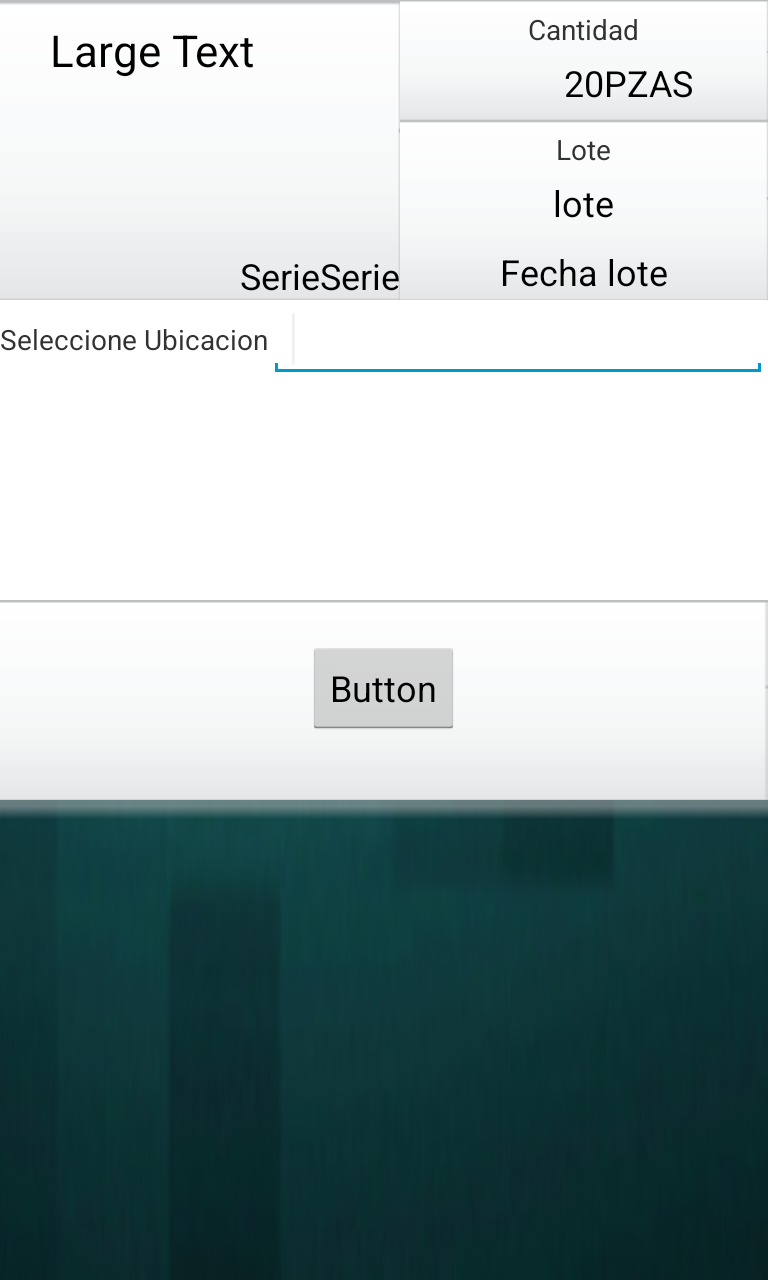
Repository: moynard/PeanutAndroid
Layout: WHSStorekeeper/res/layout/detail_arrivados.xml
An editor plug-in stored every save of this project. The layout is shown before and after the next save, followed by the edit.
It is drawn on a 768 x 1280 px phone screen (xhdpi) without system bars, with theme AppTheme; the app's code is not run.

Above is the layout before, as saved 2013-07-25 01:17:50.

### WHSStorekeeper/res/layout/detail_arrivados.xml
<?xml version="1.0" encoding="utf-8"?>
<RelativeLayout xmlns:android="http://schemas.android.com/apk/res/android"
    android:layout_width="match_parent"
    android:layout_height="match_parent"
    android:orientation="vertical" >

    <RelativeLayout
       android:id="@+id/layoutProducto"
        android:layout_width="200dp"
        android:layout_height="150dp"
        android:layout_alignParentLeft="true"
        android:layout_alignParentTop="true"
        android:background="@drawable/bgproducto"
         >

        <TextView
            android:id="@+id/txtProducto"
            android:layout_width="150dp"
            android:layout_height="wrap_content"
            android:layout_below="@+id/lblProducto"
            android:layout_centerHorizontal="true"
            android:layout_marginTop="10dp"
            android:lines="4"

            android:text="Large Text"
            android:textAppearance="?android:attr/textAppearanceLarge" />
<TextView
                    android:id="@+id/lblserie"
                    android:layout_width="wrap_content"
                    android:layout_height="wrap_content"
                    android:layout_alignParentBottom="true"
                    android:text="Serie"
                    android:layout_toLeftOf="@+id/txtSerie"
                    android:textAppearance="?android:attr/textAppearanceMedium" />
                <TextView
                    android:id="@+id/txtSerie"
                    android:layout_width="wrap_content"
                    android:layout_height="wrap_content"
                    android:layout_alignParentBottom="true"
                    android:layout_alignParentRight="true"
                    android:text="Serie"
                    android:textAppearance="?android:attr/textAppearanceMedium" />



    </RelativeLayout>
    <RelativeLayout
        android:id="@+id/layoutCantidad"
        android:layout_toRightOf="@+id/layoutProducto"
        android:layout_width="fill_parent"
        android:layout_height="60dp"

        android:background="@drawable/bgproducto"
         >
         <TextView
                android:id="@+id/lblCantidad"
                android:layout_width="wrap_content"
                android:layout_height="wrap_content"
                android:layout_alignParentTop="true"
                android:layout_centerHorizontal="true"
                android:layout_marginTop="5dp"
                android:text="Cantidad"
                android:textAppearance="?android:attr/textAppearanceSmall" />
            <TextView
                android:id="@+id/txtCantidad"
                android:layout_width="wrap_content"
                android:layout_height="wrap_content"
                             android:layout_centerHorizontal="true"

                android:layout_below="@+id/lblCantidad"
                android:layout_marginTop="5dp"
                android:text="20"
                android:textAppearance="?android:attr/textAppearanceMedium" />
            <TextView
                android:id="@+id/txtUnidad"
                android:layout_width="wrap_content"
                android:layout_height="wrap_content"
                android:layout_below="@+id/lblCantidad"
                android:layout_toRightOf="@+id/txtCantidad"
                android:layout_marginTop="5dp"
                android:text="PZAS"
                android:textAppearance="?android:attr/textAppearanceMedium" />


    </RelativeLayout>
    <RelativeLayout
        android:id="@+id/layoutLote"
        android:layout_toRightOf="@+id/layoutProducto"
        android:layout_below="@+id/layoutCantidad"
        android:layout_width="fill_parent"
        android:layout_height="90dp"
        android:background="@drawable/bgproducto"
         >
            <TextView
                android:id="@+id/lbLote"
                android:layout_width="wrap_content"
                android:layout_height="wrap_content"
                android:layout_alignParentTop="true"
                android:layout_centerHorizontal="true"
                android:layout_marginTop="5dp"
                android:text="Lote"
                android:textAppearance="?android:attr/textAppearanceSmall" />
            <TextView
                android:id="@+id/txtlote"
                android:layout_width="wrap_content"
                android:layout_height="wrap_content"
                android:layout_below="@+id/lbLote"
                android:layout_marginTop="5dp"
                                android:layout_centerHorizontal="true"

                android:text="lote"
                android:textAppearance="?android:attr/textAppearanceMedium" />
             <TextView
                android:id="@+id/txtFecalote"
                android:layout_width="wrap_content"
                android:layout_height="wrap_content"
                android:layout_below="@+id/txtlote"
                android:layout_marginTop="10dp"
                android:text="Fecha lote"
                android:layout_centerHorizontal="true"

                android:textAppearance="?android:attr/textAppearanceMedium" />

    </RelativeLayout>

    <RelativeLayout
        android:id="@+id/layoutinfo"
        android:layout_width="fill_parent"
        android:layout_height="150dp"
        android:layout_alignParentLeft="true"
        android:layout_below="@+id/layoutProducto"
         >
             <TextView
                     android:id="@+id/lblUbicacion"
                     android:layout_width="wrap_content"
                     android:layout_height="wrap_content"
                      android:layout_alignParentLeft="true"
					android:layout_marginTop="10dp"
                     android:text="Seleccione Ubicacion"

                      />

                  <AutoCompleteTextView
                 android:id="@+id/autocomplete"
                 android:layout_width="fill_parent"
                 android:layout_height="wrap_content"

                android:layout_toRightOf="@+id/lblUbicacion"
                 android:ems="10"
                 android:singleLine="true" >
                 <requestFocus />
             </AutoCompleteTextView>




    </RelativeLayout>
      <RelativeLayout
        android:id="@+id/layoutBoton"
        android:layout_width="fill_parent"
        android:layout_height="100dp"
        android:layout_alignParentLeft="true"
        android:layout_below="@+id/layoutinfo"
                android:background="@drawable/bgproducto"

         >

               <Button
                      android:id="@+id/sendUbicacion"
                      android:layout_width="wrap_content"
                      android:layout_height="wrap_content"
                      android:layout_below="@+id/autocomplete"
                      android:layout_centerHorizontal="true"
                      android:layout_marginTop="20dp"
                      android:text="Button" />
    </RelativeLayout>
     <RelativeLayout
        android:id="@+id/layoutFoter"
        android:layout_width="fill_parent"
        android:layout_height="50dp"
        android:layout_alignParentLeft="true"
        android:layout_alignParentBottom="true"
        android:layout_below="@+id/layoutBoton"
        android:background="@drawable/bgfoot"
         >
    </RelativeLayout>

</RelativeLayout>

Loaded but not shown: WHSStorekeeper/res/values/styles.xml (common file); WHSStorekeeper/res/values-v11/styles.xml (common file); WHSStorekeeper/res/values-v14/styles.xml (common file)

After the next save:
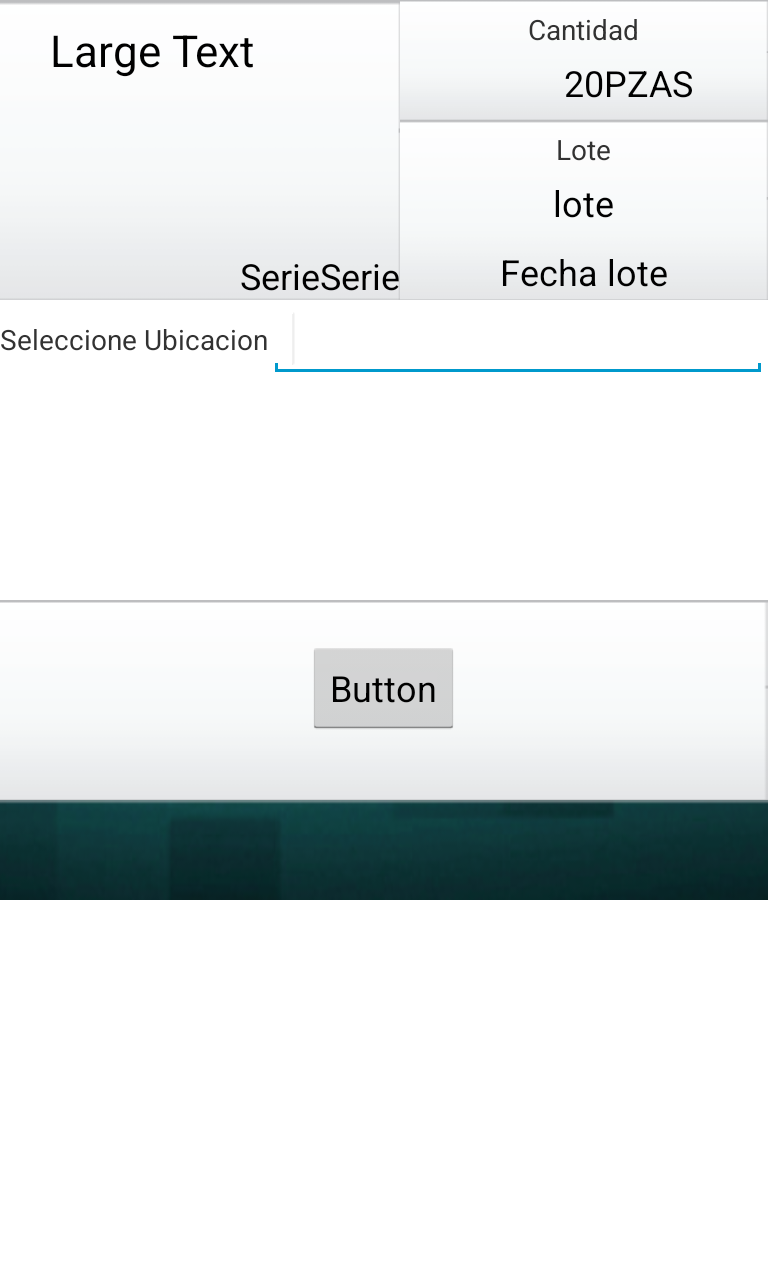
Saved 86 s later.
--- a/WHSStorekeeper/res/layout/detail_arrivados.xml
+++ b/WHSStorekeeper/res/layout/detail_arrivados.xml
@@ -179,7 +179,6 @@
         android:layout_width="fill_parent"
         android:layout_height="50dp"
         android:layout_alignParentLeft="true"
-        android:layout_alignParentBottom="true"
         android:layout_below="@+id/layoutBoton"
         android:background="@drawable/bgfoot"
          >
